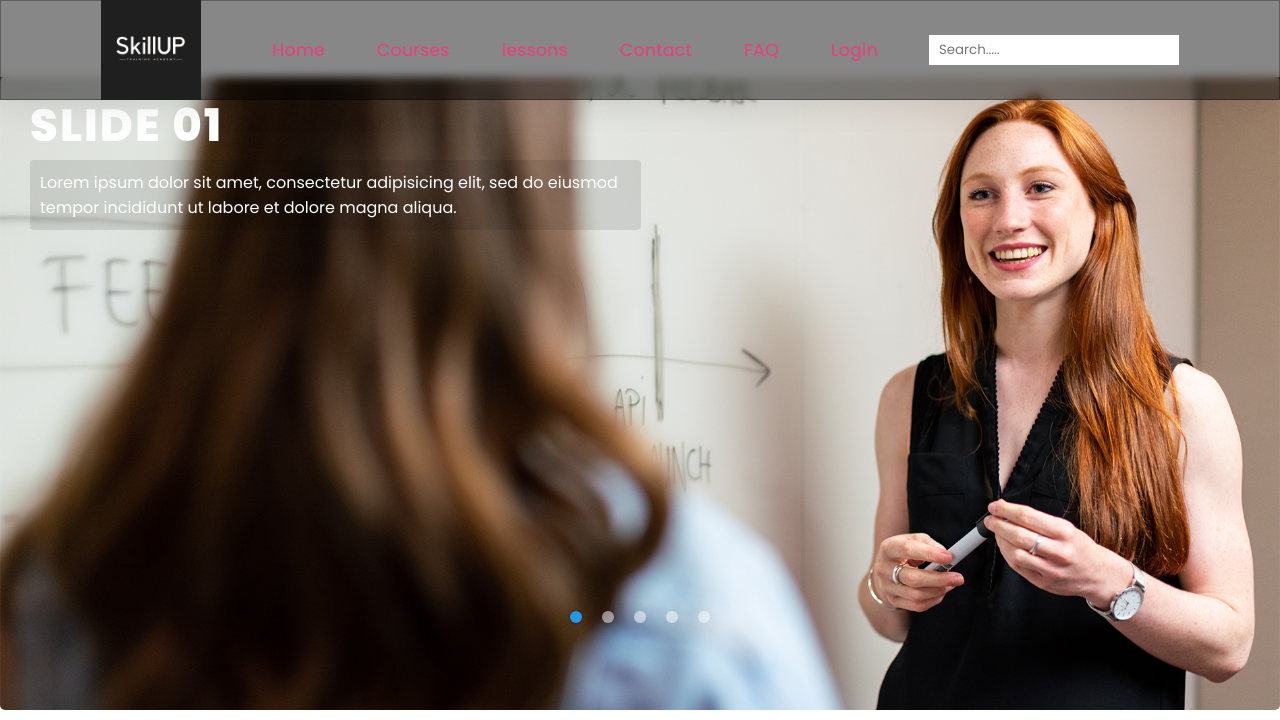
Repository: 2tzz/SkillUp-Academy
Page: home.html
The author's editor kept a copy of each file at every save. The page is drawn from the files as they stood at one save, then again after the next save.
The browser window is 1280 px wide. The pictures show the whole page.
Some web fonts or font styles are not loaded; a fallback is used.

Above is the page before, as saved 2022-10-22 16:01:55.

After the next save:
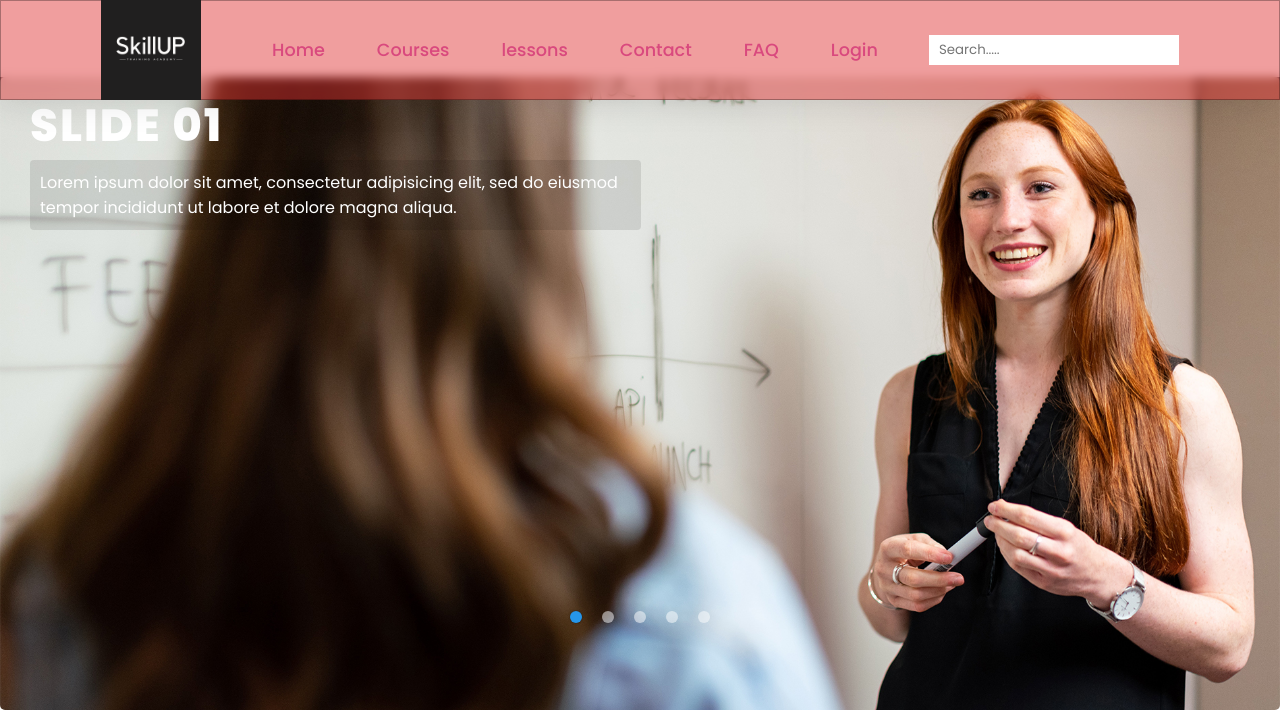
Saved 7 s later.
--- a/CSS/home.css
+++ b/CSS/home.css
@@ -19,7 +19,7 @@
 }
 
 header{
-  background: rgba(0, 0, 0, 0.47);
+  background: rgba(223, 49, 49, 0.47);
   box-shadow: 0 4px 30px rgba(0, 0, 0, 0.1);
   backdrop-filter: blur(5px);
   -webkit-backdrop-filter: blur(5px);

After the save that followed:
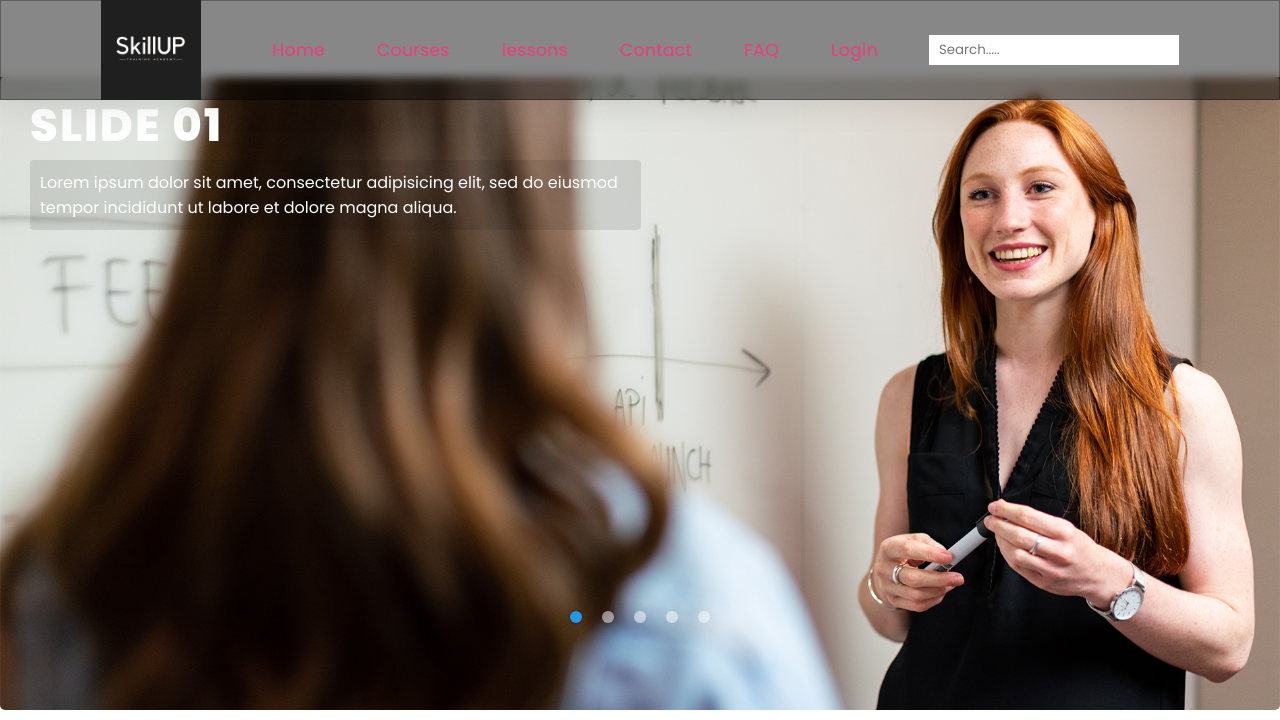
Saved 10 s later.
--- a/CSS/home.css
+++ b/CSS/home.css
@@ -19,7 +19,7 @@
 }
 
 header{
-  background: rgba(223, 49, 49, 0.47);
+  background: rgba(0, 0, 0, 0.47);
   box-shadow: 0 4px 30px rgba(0, 0, 0, 0.1);
   backdrop-filter: blur(5px);
   -webkit-backdrop-filter: blur(5px);
